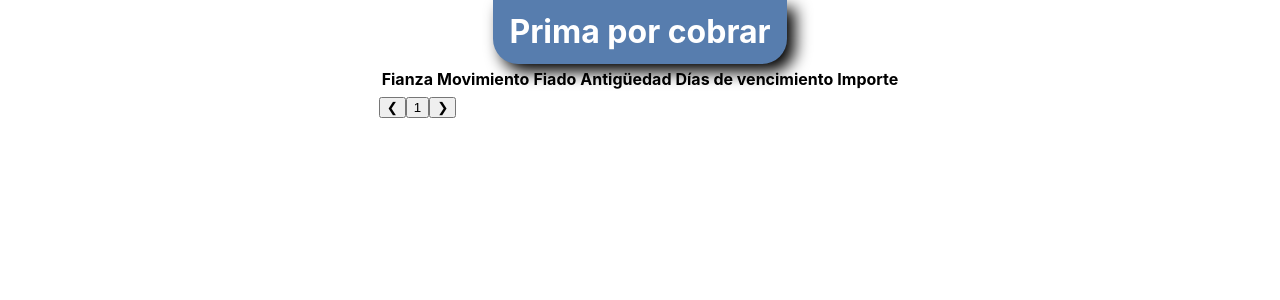
Repository: PCGP22/prueba-t-cnica-liberty-finanzas
Page: / (app in Prueba técnica full-stack/client/)
An editor plug-in stored every save of this project. The page is shown before and after the next save, followed by the edit.
The browser window is 1280 px wide. The pictures show the whole page.
The page's requests for data from a server got no answer. The project was rebuilt for these pictures with package versions that can differ from the ones it lists, and the page was loaded fresh each time. No one was signed in, and anything a server would have sent is missing. Also part of the build but not shown: Prueba técnica full-stack/client/vite.config.js, Prueba técnica full-stack/client/src/components/Card.jsx, Prueba técnica full-stack/client/src/components/CardsContainer.jsx, Prueba técnica full-stack/client/src/components/Filters.jsx.

Above is the page before, as saved 2023-11-14 07:32:50.

After the next save:
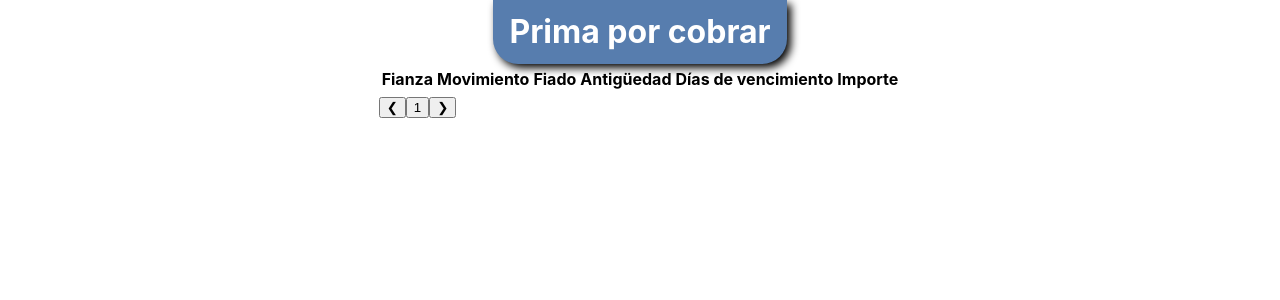
Saved 12 s later.
--- a/Prueba técnica full-stack/client/src/index.css
+++ b/Prueba técnica full-stack/client/src/index.css
@@ -14,7 +14,7 @@
   --icon-green: #6cb85d;
   --text-blue: #3a689d;
   --text-red:  #af2e2c;
-  --box-shadow: black 8px 8px 16px;
+  --box-shadow: black 4px 4px 8px;
 }
 body, h1{
   margin: 0;
